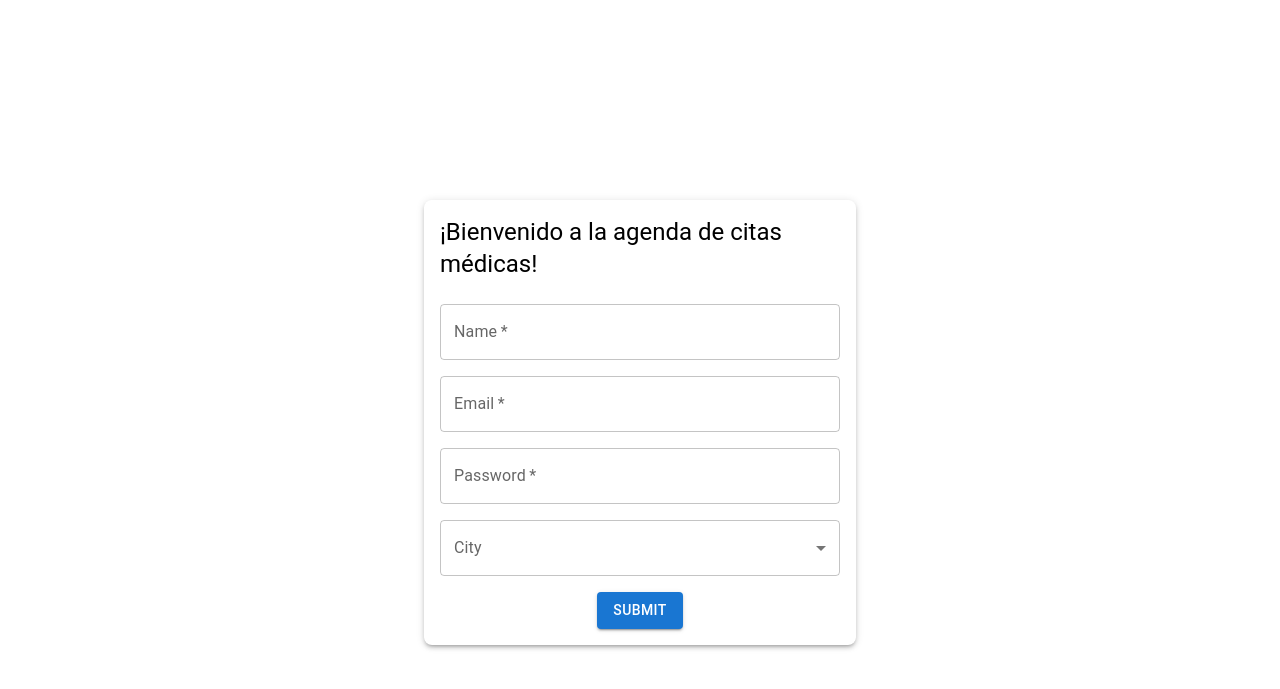
Repository: nicoleabaddd/FormReactJs
Page: /
An editor plug-in stored every save of this project. The page is shown before and after the next save, followed by the edit.
The browser window is 1280 px wide. The pictures show the whole page.
The project was rebuilt for these pictures with package versions that can differ from the ones it lists, and the page was loaded fresh each time. Also part of the build but not shown: src/App.css.

Above is the page before, as saved 2024-07-15 00:57:40.

After the next save:
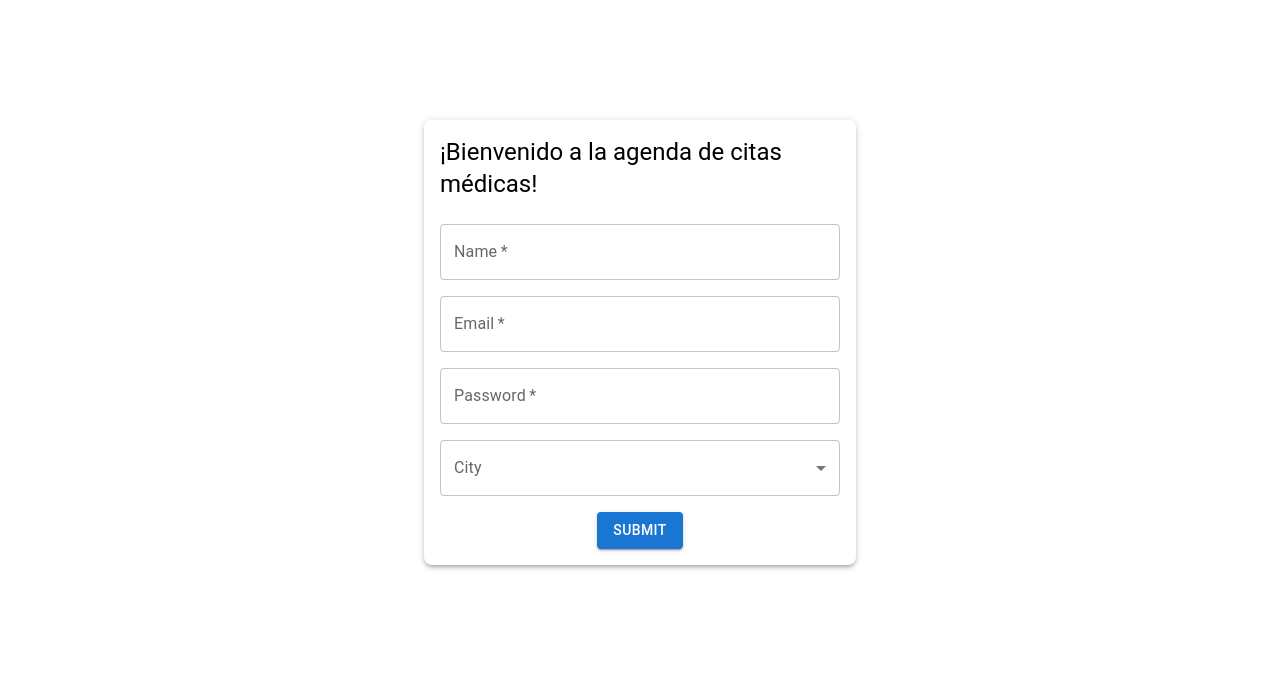
Saved 11 s later.
--- a/src/pages/formPages.jsx
+++ b/src/pages/formPages.jsx
@@ -4,7 +4,7 @@ import Forms from "../components/formulario";
 
 const FormPages=()=> {
     return (
-        <Box sx={{marginTop: "200px"}}> <Forms/></Box>
+        <Box sx={{marginTop: "120px"}}> <Forms/></Box>
     )
 };
 
